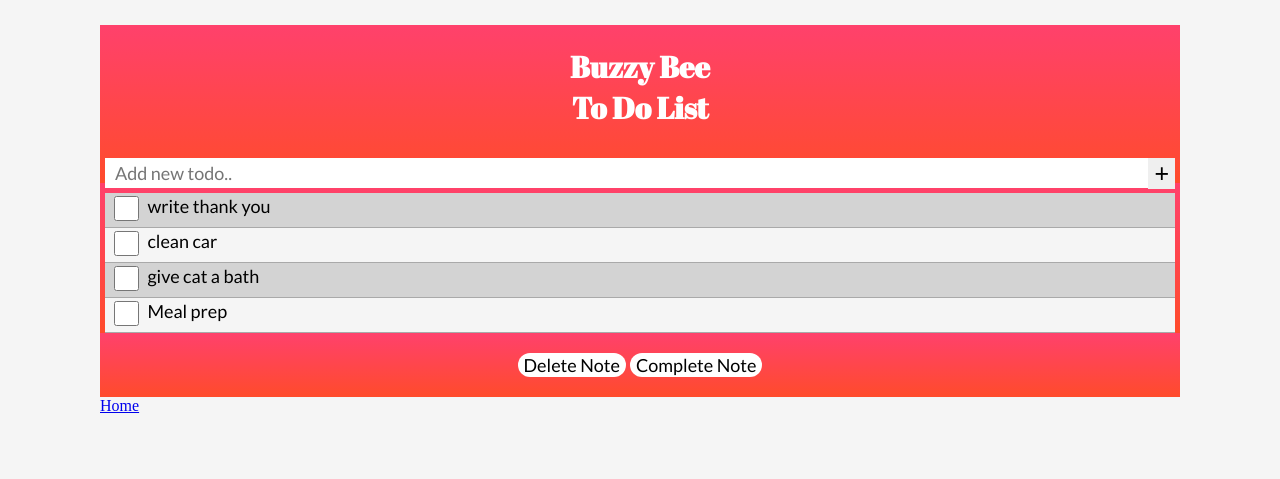
Repository: seleniadelgado/backend-spring2020-angie
Page: projects/todo/public_html/index.html
The author's editor kept a copy of each file at every save. The page is drawn from the files as they stood at one save, then again after the next save.
The browser window is 1280 px wide. The pictures show the whole page.
The page's requests for data from a server got no answer.

Above is the page before, as saved 2020-05-13 20:39:41.

After the next save:
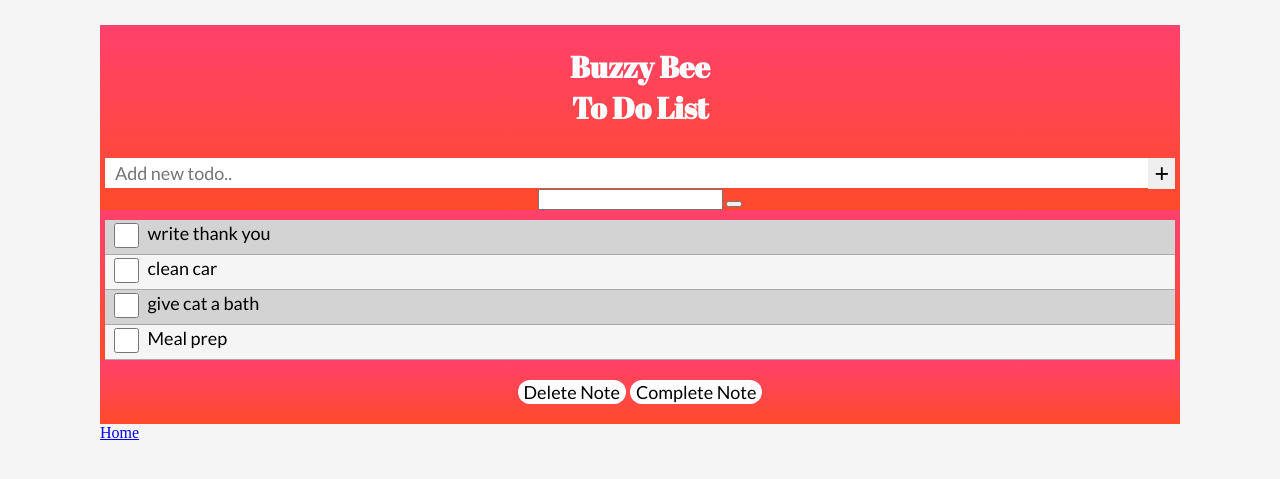
Saved 31 min 19 s later.
--- a/projects/todo/public_html/index.html
+++ b/projects/todo/public_html/index.html
@@ -24,6 +24,10 @@
             <input type="text" id="newNote" placeholder="Add new todo..">
             <button id="addBtn" type="button">+</button>
         </div>
+        <form action="/newNote">
+            <input type="textarea">
+            <button type="submit"></button>
+        </form>
     </div>
     <div class="todoList">
         <ul id="myList">

After the 6 saves that followed:
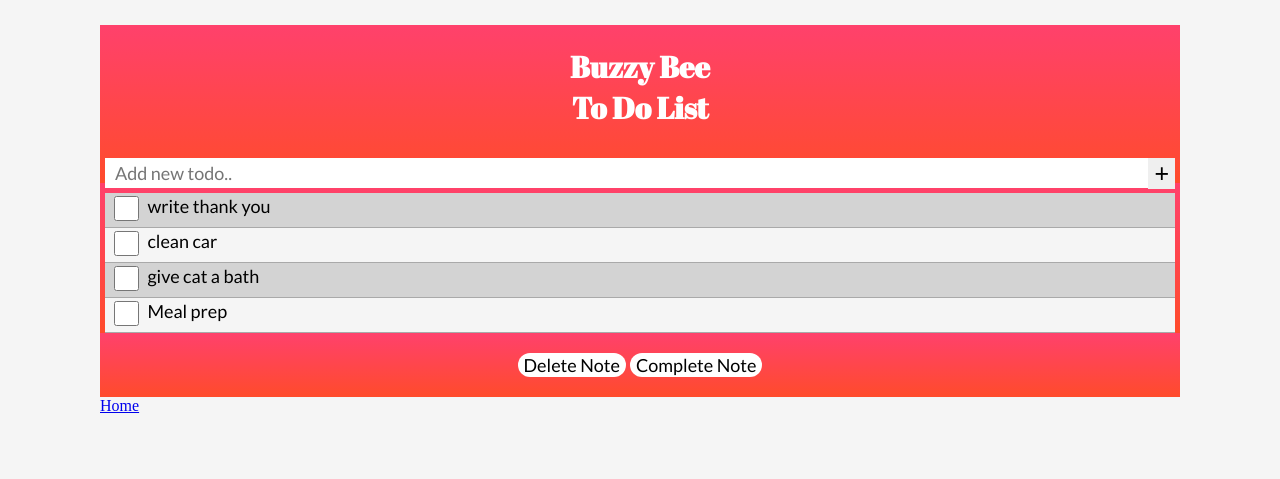
The 6 saves are shown as one change because 5 left the picture as it was.
The last was saved 11 min 36 s later.
--- a/projects/todo/public_html/index.html
+++ b/projects/todo/public_html/index.html
@@ -24,10 +24,6 @@
             <input type="text" id="newNote" placeholder="Add new todo..">
             <button id="addBtn" type="button">+</button>
         </div>
-        <form action="/newNote">
-            <input type="textarea">
-            <button type="submit"></button>
-        </form>
     </div>
     <div class="todoList">
         <ul id="myList">
